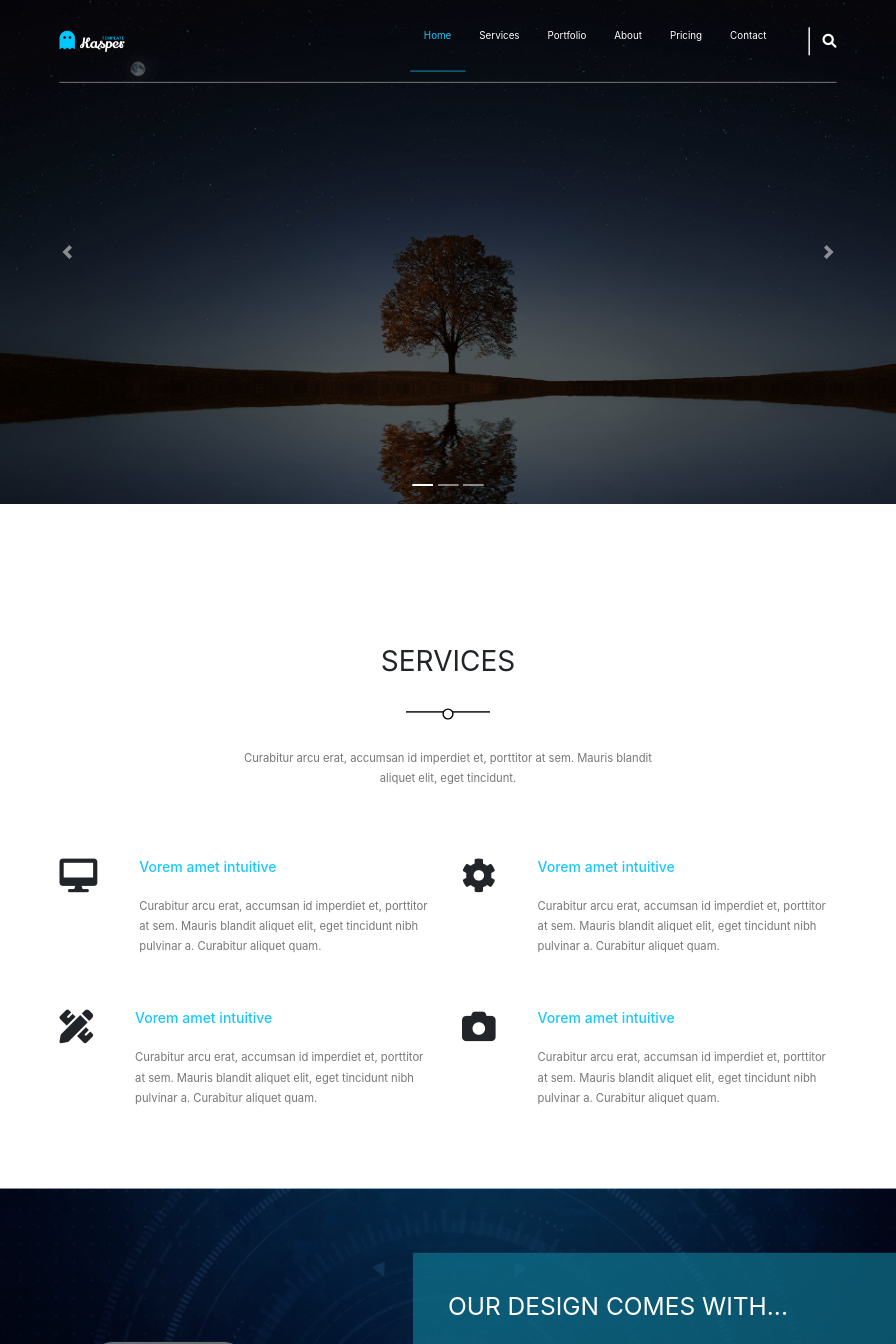
Repository: mariamnabil23/templateTwo
Page: index.html
These files come from the project's save history. The page is drawn as it stood at one moment and after the next save; the edit follows.
The browser window is 1280 px wide. The pictures show the part of the page from y = 0 to 1920 px (the page is 9922 px tall), at 70% of full size.
A picture or video elsewhere on the page could not be fetched, so the positions and the page height are approximate.

Above is the page before, as saved 2024-07-07 14:33:51.

After the next save:
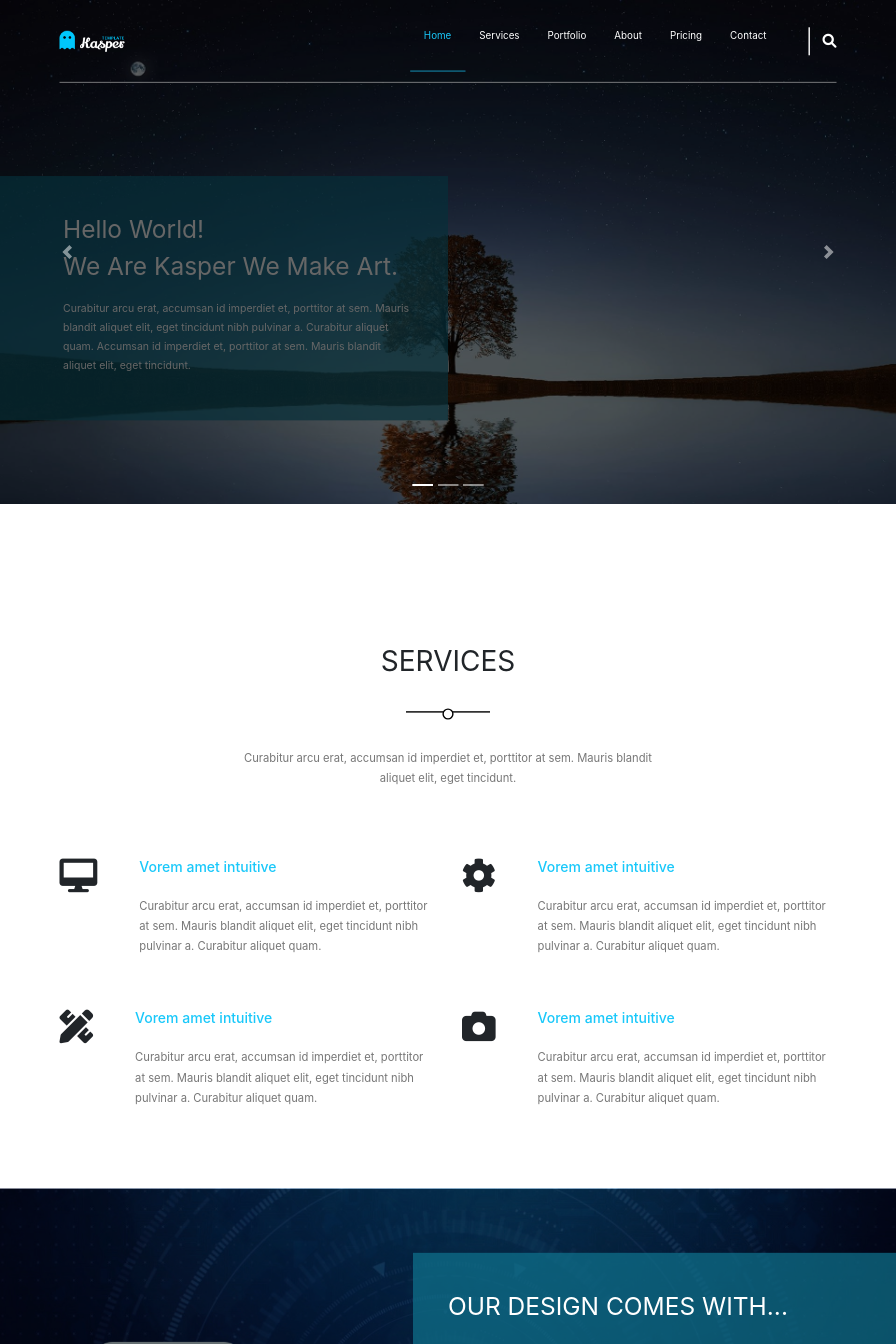
Saved 19 s later.
--- a/index.html
+++ b/index.html
@@ -74,6 +74,18 @@
           <div class="carousel-inner">
             <div class="carousel-item active">
               <img class="d-block w-100" src="/images/1.jpg" alt="First slide">
+              <div class="text">
+                <div class="content">
+                    <h2>Hello World!<br>
+                        We Are Kasper We Make Art.
+                    </h2>
+                    <p>Curabitur arcu erat, accumsan id imperdiet et, porttitor at sem.
+                        Mauris blandit aliquet elit, eget tincidunt nibh pulvinar a.
+                         Curabitur aliquet quam. Accumsan id imperdiet et, porttitor at sem.
+                         Mauris blandit aliquet elit, eget tincidunt.
+                    </p>
+                </div>
+            </div>
             </div>
             <div class="carousel-item">
               <img class="d-block w-100" src="/images/2.jpg" alt="Second slide">
